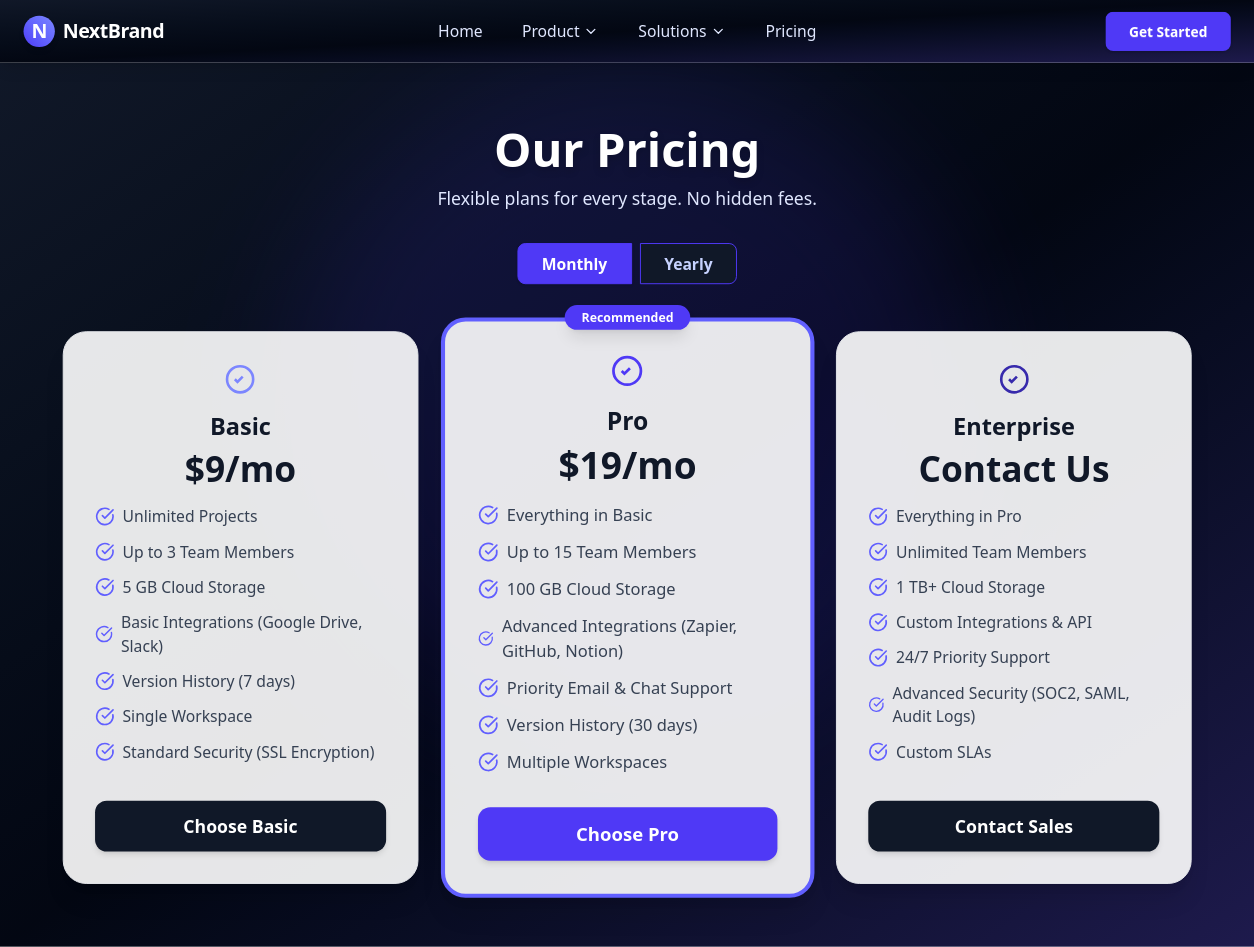
Repository: Chiranshukapil/Next_Brand
Page: /pricing
The author's editor kept a copy of each file at every save. The page is drawn from the files as they stood at one save, then again after the next save.
The browser window is 1280 px wide. The pictures show the whole page, at 98% of full size.
The project was rebuilt for these pictures with package versions that can differ from the ones it lists, and the page was loaded fresh each time. Also part of the build but not shown: vite.config.js.

Above is the page before, as saved 2025-06-18 12:32:03.

### index.html
<!doctype html>
<html lang="en">
  <head>
    <meta charset="UTF-8" />
    <link rel="stylesheet" href="src/index.css">
    <meta name="viewport" content="width=device-width, initial-scale=1.0" />
    <title>NavBar</title>
  </head>
  <body classname="scroll-smooth">
    <div id="root"></div>
    <script type="module" src="/src/main.jsx"></script>
  </body>
</html>

### src/App.jsx
import { useState } from 'react'
import { BrowserRouter as Router, Routes, Route } from 'react-router-dom'
import Navbar from './Components/NavBar.jsx'
import PricingSection from './Components/PricingSection.jsx'

function App() {
  return (
    <Router>
      <Navbar />
      <Routes>

        <Route path="/pricing" element={<PricingSection />} />

      </Routes>
    </Router>
  )
}

export default App

### src/Components/NavBar.jsx
import React, { useState } from "react";
import { Link } from "react-router-dom";
import { Menu, X, ChevronDown } from "lucide-react";

// Route-based navLinks
const navLinks = [
  { name: "Home", href: "/" },
  {
    name: "Product",
    href: "/product",
    dropdown: [
      { name: "Overview", href: "/product/overview" },
      { name: "Features", href: "/product/features" },
      { name: "Pricing", href: "/pricing" },
    ],
  },
  {
    name: "Solutions",
    href: "/solutions",
    dropdown: [
      { name: "For Teams", href: "/solutions/teams" },
      { name: "For Individuals", href: "/solutions/individuals" },
    ],
  },
  { name: "Pricing", href: "/pricing" },
];

export default function Navbar() {
  const [menuOpen, setMenuOpen] = useState(false);
  const [dropdownOpen, setDropdownOpen] = useState(null);

  return (
    <nav className="sticky top-0 z-50 bg-gradient-to-br from-gray-900 via-gray-950 to-indigo-950 backdrop-blur-md bg-opacity-80 shadow-lg flex justify-between items-center px-6 py-3">
      {/* Brand/Logo */}
      <div className="navbar-start">
        <Link
          to="/"
          className="flex items-center gap-2 text-xl font-bold tracking-tight text-white hover:text-indigo-400 transition-colors"
        >
          <span className="w-8 h-8 bg-gradient-to-tr from-indigo-600 to-indigo-400 rounded-full text-white flex items-center justify-center font-bold shadow-md">
            N
          </span>
          <span>NextBrand</span>
        </Link>
      </div>

      {/* Desktop Menu */}
      <div className="navbar-center hidden md:flex">
        <ul className="flex gap-2 items-center">
          {navLinks.map((link, index) => (
            <li
              key={link.name}
              onMouseEnter={() => setDropdownOpen(index)}
              onMouseLeave={() => setDropdownOpen(null)}
              className="relative"
            >
              {link.dropdown ? (
                <>
                  <Link
                    to={link.href}
                    className="px-4 py-2 rounded-lg text-base font-medium flex items-center gap-1 cursor-pointer text-indigo-100 hover:text-white hover:bg-indigo-700/30 transition-colors"
                    aria-haspopup="true"
                    aria-expanded={dropdownOpen === index}
                    onClick={() => setDropdownOpen(null)}
                  >
                    {link.name}
                    <ChevronDown className="h-4 w-4" />
                  </Link>
                  {dropdownOpen === index && (
                    <ul className="absolute top-full left-0 mt-2 bg-white/95 shadow-xl rounded-xl p-2 w-52 z-50 animate-fade-in">
                      {link.dropdown.map((item) => (
                        <li key={item.name}>
                          <Link
                            to={item.href}
                            className="block px-4 py-2 rounded-lg hover:bg-indigo-100 text-gray-900 font-medium transition"
                            onClick={() => setDropdownOpen(null)}
                          >
                            {item.name}
                          </Link>
                        </li>
                      ))}
                    </ul>
                  )}
                </>
              ) : (
                <Link
                  to={link.href}
                  className="px-4 py-2 rounded-lg text-base font-medium text-indigo-100 hover:text-white hover:bg-indigo-700/30 transition"
                  onClick={() => setDropdownOpen(null)}
                >
                  {link.name}
                </Link>
              )}
            </li>
          ))}
        </ul>
      </div>

      {/* Right Side: CTA + Mobile Menu Button */}
      <div className="navbar-end flex items-center">
        <Link
          to="/get-started"
          className="btn btn-primary font-semibold shadow hidden md:inline-flex bg-indigo-600 text-white hover:bg-indigo-700 border-none rounded-lg px-6 py-2 transition"
        >
          Get Started
        </Link>
        <button
          aria-label="Toggle menu"
          className="btn btn-ghost md:hidden ml-2 text-indigo-200"
          onClick={() => setMenuOpen((v) => !v)}
        >
          {menuOpen ? (
            <X className="h-7 w-7" />
          ) : (
            <Menu className="h-7 w-7" />
          )}
        </button>

        {/* Mobile Menu */}
        <div
          className={`absolute top-full right-2 left-2 z-40 md:hidden overflow-hidden transition-all duration-300 ease-in-out bg-white/95 rounded-xl shadow-lg ${
            menuOpen ? "max-h-96" : "max-h-0"
          }`}
        >
          <ul tabIndex={0} className="flex flex-col gap-1 p-3 w-full">
            {navLinks.map((link) => (
              <li key={link.name}>
                {link.dropdown ? (
                  <details>
                    <summary className="text-base cursor-pointer flex items-center justify-between text-gray-900 font-semibold px-2 py-2 rounded-lg hover:bg-indigo-100 transition">
                      {link.name}
                    </summary>
                    <ul className="p-2">
                      {link.dropdown.map((item) => (
                        <li key={item.name}>
                          <Link
                            to={item.href}
                            className="block px-4 py-2 rounded-lg text-gray-900 hover:bg-indigo-100 transition"
                            onClick={() => setMenuOpen(false)}
                          >
                            {item.name}
                          </Link>
                        </li>
                      ))}
                    </ul>
                  </details>
                ) : (
                  <Link
                    to={link.href}
                    className="block px-4 py-2 rounded-lg text-gray-900 font-semibold hover:bg-indigo-100 transition"
                    onClick={() => setMenuOpen(false)}
                  >
                    {link.name}
                  </Link>
                )}
              </li>
            ))}
            <li className="mt-2">
              <Link
                to="/get-started"
                className="btn btn-primary w-full bg-indigo-600 text-white hover:bg-indigo-700 border-none rounded-lg px-6 py-2 transition"
                onClick={() => setMenuOpen(false)}
              >
                Get Started
              </Link>
            </li>
          </ul>
        </div>
      </div>
    </nav>
  );
}

### src/Components/PricingSection.jsx
import { CheckCircle } from "lucide-react";
import { useState } from "react";

const plans = [
  {
    name: "Basic",
    icon: (
      <svg className="w-6 h-6 sm:w-7 sm:h-7 md:w-8 md:h-8 text-indigo-400" fill="none" stroke="currentColor" strokeWidth="2" viewBox="0 0 24 24">
        <circle cx="12" cy="12" r="10"/><path d="M8 12l2 2 4-4"/>
      </svg>
    ),
    monthly: 9,
    yearly: 90,
    features: [
      "Unlimited Projects",
      "Up to 3 Team Members",
      "5 GB Cloud Storage",
      "Basic Integrations (Google Drive, Slack)",
      "Version History (7 days)",
      "Single Workspace",
      "Standard Security (SSL Encryption)"
    ],
    recommended: false,
  },
  {
    name: "Pro",
    icon: (
      <svg className="w-6 h-6 sm:w-7 sm:h-7 md:w-8 md:h-8 text-indigo-600" fill="none" stroke="currentColor" strokeWidth="2" viewBox="0 0 24 24">
        <circle cx="12" cy="12" r="10"/><path d="M8 12l2 2 4-4"/>
      </svg>
    ),
    monthly: 19,
    yearly: 190,
    features: [
      "Everything in Basic",
      "Up to 15 Team Members",
      "100 GB Cloud Storage",
      "Advanced Integrations (Zapier, GitHub, Notion)",
      "Priority Email & Chat Support",
      "Version History (30 days)",
      "Multiple Workspaces"
    ],
    recommended: true,
  },
  {
    name: "Enterprise",
    icon: (
      <svg className="w-6 h-6 sm:w-7 sm:h-7 md:w-8 md:h-8 text-indigo-800" fill="none" stroke="currentColor" strokeWidth="2" viewBox="0 0 24 24">
        <circle cx="12" cy="12" r="10"/><path d="M8 12l2 2 4-4"/>
      </svg>
    ),
    monthly: null,
    yearly: null,
    features: [
      "Everything in Pro",
      "Unlimited Team Members",
      "1 TB+ Cloud Storage",
      "Custom Integrations & API",
      "24/7 Priority Support",
      "Advanced Security (SOC2, SAML, Audit Logs)",
      "Custom SLAs"
    ],
    recommended: false,
    contact: true,
  },
];

export default function PricingSection() {
  const [billing, setBilling] = useState("monthly");

  const displayPrice = (plan) => {
    if (plan.contact) return "Contact Us";
    if (billing === "yearly") return `$${plan.yearly}/yr`;
    return `$${plan.monthly}/mo`;
  };

  return (
    <section className="relative py-8 px-3 sm:px-2 md:py-16 md:px-6 bg-gradient-to-br from-gray-900 via-gray-950 to-indigo-950 min-h-[100vh]">
      {/* Decorative background shapes */}
      <div className="absolute top-0 left-1/2 -translate-x-1/2 w-[300px] h-[300px] sm:w-[500px] sm:h-[500px] md:w-[700px] md:h-[700px] rounded-full bg-indigo-800 opacity-20 blur-3xl pointer-events-none"></div>
      <div className="relative z-10 max-w-6xl mx-auto">
        <h2 className="text-2xl sm:text-3xl md:text-5xl font-extrabold text-center mb-2 sm:mb-3 text-white drop-shadow-lg">
          Our Pricing
        </h2>
        <p className="text-center text-indigo-100 mb-4 sm:mb-6 md:mb-8 text-sm sm:text-base md:text-lg">
          Flexible plans for every stage. No hidden fees.
        </p>
        {/* Billing toggle */}
        <div className="flex justify-center mb-4 sm:mb-6 md:mb-12 gap-2">
          <button
            className={`px-3 py-1.5 sm:px-4 sm:py-2 md:px-6 md:py-2 rounded-l-lg font-semibold transition-colors duration-200 hover:cursor-pointer border border-indigo-600 focus:outline-none text-xs sm:text-sm md:text-base ${
              billing === "monthly"
                ? "bg-indigo-600 text-white shadow"
                : "bg-gray-900 text-indigo-200 hover:bg-indigo-700/20"
            }`}
            onClick={() => setBilling("monthly")}
          >
            Monthly
          </button>
          <button
            className={`px-3 py-1.5 sm:px-4 sm:py-2 md:px-6 md:py-2 rounded-r-lg font-semibold transition-colors duration-200 hover:cursor-pointer border border-indigo-600 focus:outline-none text-xs sm:text-sm md:text-base ${
              billing === "yearly"
                ? "bg-indigo-600 text-white shadow"
                : "bg-gray-900 text-indigo-200 hover:bg-indigo-700/20"
            }`}
            onClick={() => setBilling("yearly")}
          >
            Yearly
          </button>
        </div>
        <div className="grid grid-cols-1 md:grid-cols-3 gap-4 sm:gap-6 md:gap-8 items-stretch">
          {plans.map((plan) => (
            <div
              key={plan.name}
              className={`relative flex flex-col p-4 sm:p-4 md:p-8 rounded-2xl md:rounded-3xl border transition-transform duration-200 bg-white/90 shadow-xl hover:scale-[1.03] w-full max-w-xs sm:max-w-md mx-auto h-full ${
                plan.recommended
                  ? "border-4 border-indigo-500 bg-indigo-50 z-20 md:scale-105 shadow-2xl"
                  : "border-gray-200"
              }`}
            >
              {plan.recommended && (
                <span className="absolute -top-3 sm:-top-4 left-1/2 -translate-x-1/2 bg-indigo-600 text-white text-[10px] sm:text-xs px-3 sm:px-4 py-1 rounded-full font-semibold shadow-lg z-30">
                  Recommended
                </span>
              )}
              <div className="flex justify-center mb-2 sm:mb-3 md:mb-4">{plan.icon}</div>
              <h3 className="text-lg sm:text-xl md:text-2xl font-bold mb-1 sm:mb-2 text-gray-900 text-center">{plan.name}</h3>
              <div className="text-2xl sm:text-3xl md:text-4xl font-extrabold mb-2 sm:mb-3 md:mb-4 text-center text-gray-900">{displayPrice(plan)}</div>
              <ul className="flex-1 mb-4 sm:mb-6 md:mb-8 space-y-1 sm:space-y-2 md:space-y-3 text-gray-700 text-xs sm:text-sm md:text-base">
                {plan.features.map((f) => (
                  <li key={f} className="flex items-center gap-1 sm:gap-2">
                    <CheckCircle className="w-4 h-4 sm:w-5 sm:h-5 text-indigo-500" />
                    <span>{f}</span>
                  </li>
                ))}
              </ul>
              <button
                className={`py-1.5 px-3 sm:py-2 sm:px-4 md:py-3 md:px-6 rounded-lg md:rounded-xl font-semibold text-sm sm:text-base md:text-lg transition-all hover:cursor-pointer duration-200 shadow-md focus:outline-none ${
                  plan.recommended
                    ? "bg-indigo-600 text-white hover:bg-indigo-700"
                    : "bg-gray-900 text-white hover:bg-indigo-600"
                }`}
              >
                {plan.contact ? "Contact Sales" : `Choose ${plan.name}`}
              </button>
            </div>
          ))}
        </div>
      </div>
    </section>
  );
}

Loaded but not shown: src/index.css (common file); src/main.jsx (common file)

After the next save:
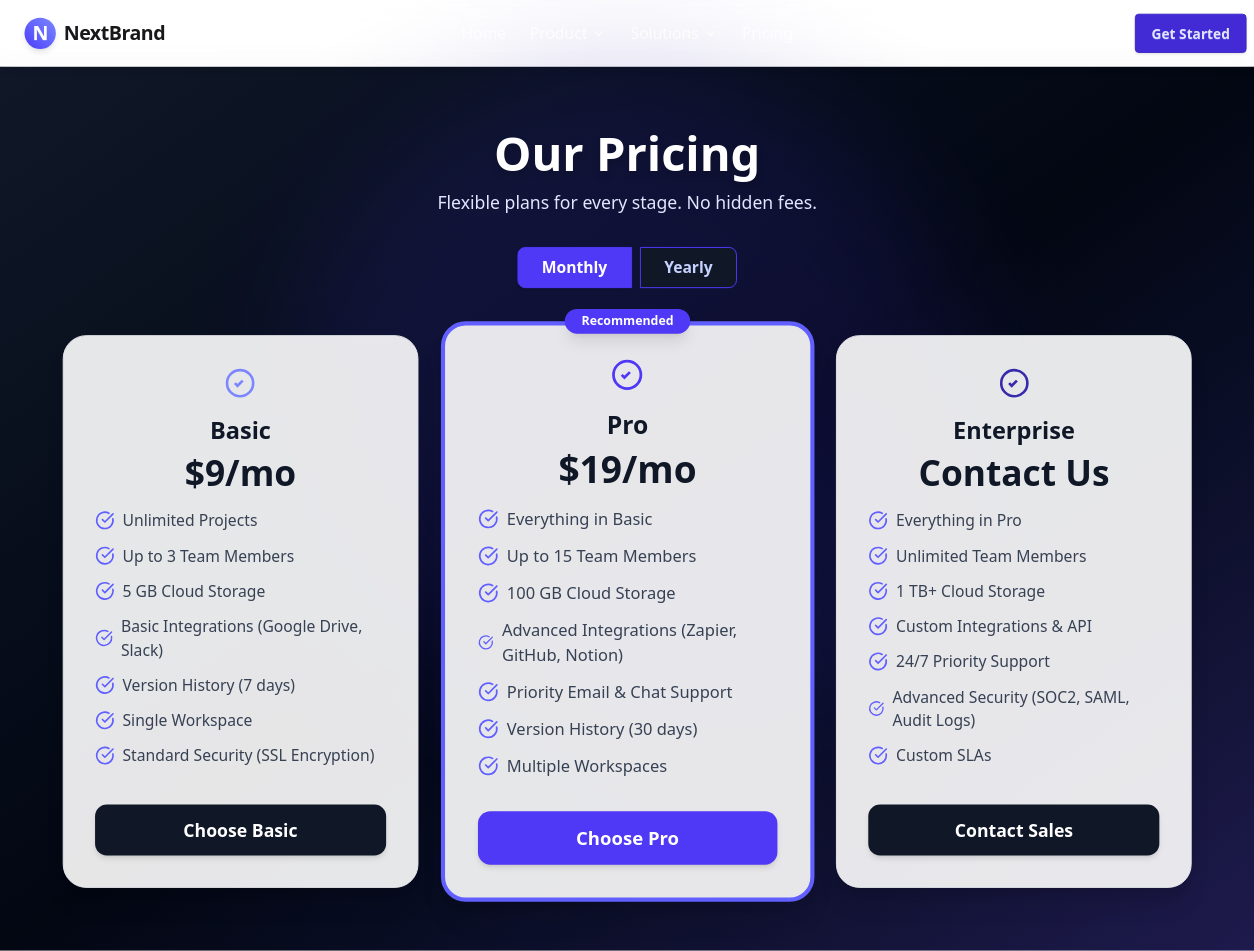
Saved 81 s later.
--- a/src/Components/NavBar.jsx
+++ b/src/Components/NavBar.jsx
@@ -2,7 +2,7 @@ import React, { useState } from "react";
 import { Link } from "react-router-dom";
 import { Menu, X, ChevronDown } from "lucide-react";
 
-// Route-based navLinks
+// Use route paths in navLinks
 const navLinks = [
   { name: "Home", href: "/" },
   {
@@ -11,7 +11,6 @@ const navLinks = [
     dropdown: [
       { name: "Overview", href: "/product/overview" },
       { name: "Features", href: "/product/features" },
-      { name: "Pricing", href: "/pricing" },
     ],
   },
   {
@@ -30,12 +29,12 @@ export default function Navbar() {
   const [dropdownOpen, setDropdownOpen] = useState(null);
 
   return (
-    <nav className="sticky top-0 z-50 bg-gradient-to-br from-gray-900 via-gray-950 to-indigo-950 backdrop-blur-md bg-opacity-80 shadow-lg flex justify-between items-center px-6 py-3">
-      {/* Brand/Logo */}
+    <nav className="navbar shadow-md sticky top-0 z-50 backdrop-blur-md bg-opacity-90 transition-all duration-300 flex justify-between items-center">
+
       <div className="navbar-start">
         <Link
           to="/"
-          className="flex items-center gap-2 text-xl font-bold tracking-tight text-white hover:text-indigo-400 transition-colors"
+          className="btn btn-ghost text-xl font-bold tracking-tight flex items-center gap-2 hover:text-indigo-500 transition-colors"
         >
           <span className="w-8 h-8 bg-gradient-to-tr from-indigo-600 to-indigo-400 rounded-full text-white flex items-center justify-center font-bold shadow-md">
             N
@@ -44,9 +43,8 @@ export default function Navbar() {
         </Link>
       </div>
 
-      {/* Desktop Menu */}
       <div className="navbar-center hidden md:flex">
-        <ul className="flex gap-2 items-center">
+        <ul className="menu menu-horizontal px-1">
           {navLinks.map((link, index) => (
             <li
               key={link.name}
@@ -58,7 +56,7 @@ export default function Navbar() {
                 <>
                   <Link
                     to={link.href}
-                    className="px-4 py-2 rounded-lg text-base font-medium flex items-center gap-1 cursor-pointer text-indigo-100 hover:text-white hover:bg-indigo-700/30 transition-colors"
+                    className="text-base font-medium flex items-center gap-1 cursor-pointer text-white/80 hover:text-indigo-500 transition-colors"
                     aria-haspopup="true"
                     aria-expanded={dropdownOpen === index}
                     onClick={() => setDropdownOpen(null)}
@@ -67,12 +65,12 @@ export default function Navbar() {
                     <ChevronDown className="h-4 w-4" />
                   </Link>
                   {dropdownOpen === index && (
-                    <ul className="absolute top-full left-0 mt-2 bg-white/95 shadow-xl rounded-xl p-2 w-52 z-50 animate-fade-in">
+                    <ul className="absolute top-full left-0 mt-1 bg-gray-200 shadow-lg rounded-box p-2 w-48 z-50 animate-fade-in">
                       {link.dropdown.map((item) => (
                         <li key={item.name}>
                           <Link
                             to={item.href}
-                            className="block px-4 py-2 rounded-lg hover:bg-indigo-100 text-gray-900 font-medium transition"
+                            className="block px-3 py-1 rounded hover:bg-indigo-50 text-gray-800 transition"
                             onClick={() => setDropdownOpen(null)}
                           >
                             {item.name}
@@ -85,7 +83,7 @@ export default function Navbar() {
               ) : (
                 <Link
                   to={link.href}
-                  className="px-4 py-2 rounded-lg text-base font-medium text-indigo-100 hover:text-white hover:bg-indigo-700/30 transition"
+                  className="text-base font-medium text-white/80 hover:text-indigo-500 transition"
                   onClick={() => setDropdownOpen(null)}
                 >
                   {link.name}
@@ -96,46 +94,50 @@ export default function Navbar() {
         </ul>
       </div>
 
-      {/* Right Side: CTA + Mobile Menu Button */}
       <div className="navbar-end flex items-center">
         <Link
           to="/get-started"
-          className="btn btn-primary font-semibold shadow hidden md:inline-flex bg-indigo-600 text-white hover:bg-indigo-700 border-none rounded-lg px-6 py-2 transition"
+          className="btn btn-primary font-semibold shadow hidden md:inline-flex"
         >
           Get Started
         </Link>
         <button
           aria-label="Toggle menu"
-          className="btn btn-ghost md:hidden ml-2 text-indigo-200"
+          className="btn btn-ghost md:hidden ml-2"
           onClick={() => setMenuOpen((v) => !v)}
         >
           {menuOpen ? (
-            <X className="h-7 w-7" />
+            <X className="h-6 w-6 text-indigo-600" />
           ) : (
-            <Menu className="h-7 w-7" />
+            <Menu className="h-6 w-6 text-indigo-600" />
           )}
         </button>
 
-        {/* Mobile Menu */}
         <div
-          className={`absolute top-full right-2 left-2 z-40 md:hidden overflow-hidden transition-all duration-300 ease-in-out bg-white/95 rounded-xl shadow-lg ${
+          className={`absolute top-full right-2 left-2 z-40 md:hidden overflow-hidden transition-all duration-300 ease-in-out bg-white rounded-box shadow-lg ${
             menuOpen ? "max-h-96" : "max-h-0"
           }`}
         >
-          <ul tabIndex={0} className="flex flex-col gap-1 p-3 w-full">
+          <ul tabIndex={0} className="menu menu-sm p-2 w-full">
             {navLinks.map((link) => (
               <li key={link.name}>
                 {link.dropdown ? (
                   <details>
-                    <summary className="text-base cursor-pointer flex items-center justify-between text-gray-900 font-semibold px-2 py-2 rounded-lg hover:bg-indigo-100 transition">
-                      {link.name}
+                    <summary className="text-base cursor-pointer flex items-center justify-between text-gray-800">
+                      <Link
+                        to={link.href}
+                        className="flex items-center gap-1"
+                        onClick={() => setMenuOpen(false)}
+                      >
+                        {link.name}
+                      </Link>
                     </summary>
                     <ul className="p-2">
                       {link.dropdown.map((item) => (
                         <li key={item.name}>
                           <Link
                             to={item.href}
-                            className="block px-4 py-2 rounded-lg text-gray-900 hover:bg-indigo-100 transition"
+                            className="text-base text-gray-800"
                             onClick={() => setMenuOpen(false)}
                           >
                             {item.name}
@@ -147,7 +149,7 @@ export default function Navbar() {
                 ) : (
                   <Link
                     to={link.href}
-                    className="block px-4 py-2 rounded-lg text-gray-900 font-semibold hover:bg-indigo-100 transition"
+                    className="text-base text-gray-800"
                     onClick={() => setMenuOpen(false)}
                   >
                     {link.name}
@@ -158,7 +160,7 @@ export default function Navbar() {
             <li className="mt-2">
               <Link
                 to="/get-started"
-                className="btn btn-primary w-full bg-indigo-600 text-white hover:bg-indigo-700 border-none rounded-lg px-6 py-2 transition"
+                className="btn btn-primary w-full"
                 onClick={() => setMenuOpen(false)}
               >
                 Get Started
